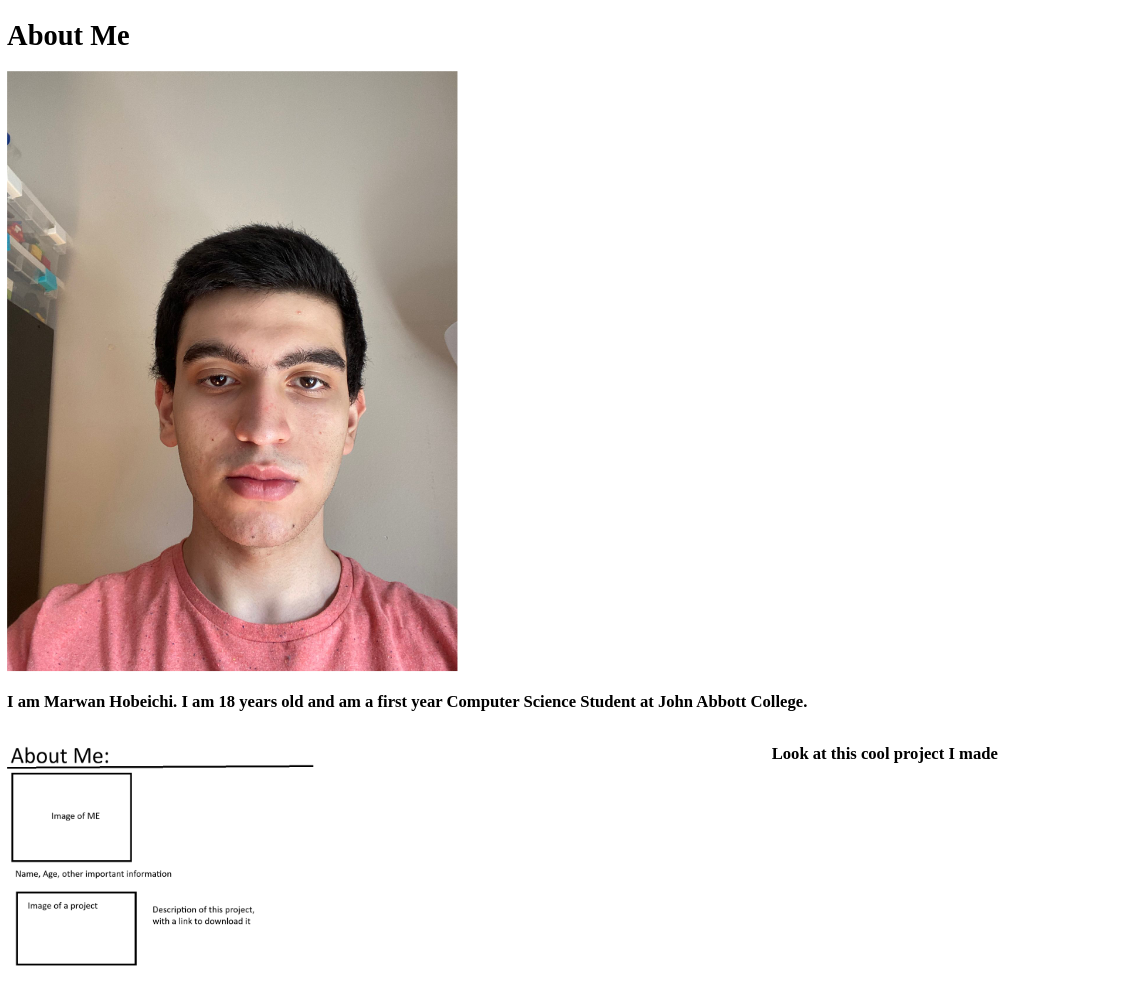
Repository: captainm64/captainm64
Page: index.html
These files come from the project's save history. The page is drawn as it stood at one moment and after the next save; the edit follows.
The browser window is 1280 px wide. The pictures show the whole page, at 89% of full size.

Above is the page before, as saved 2026-04-22 11:03:26.

### index.html
<!DOCTYPE html>
<html>
    <head>
        <link rel = "stylesheet" href = "./styles/index.css" />
         <link rel = "stylesheet" href = "./styles/global.css" />
         <title>HomePage</title>
    </head>
<body>
<Header id = "Title">
<main>
<h1> About Me </h1>

<div class = "Me">
 <img src="../../assets/images/Marwan.jpg" alt = "Marwan Hobeichi looking at the camera"/>
</div>

<h3> I am Marwan Hobeichi. I am 18 years old and am a first year Computer Science Student at John Abbott College.</h3>

<div class = "projtxt">
 <div>
 <img src="../../assets/images/HomePage.png" alt = "Demonstration of an old project"/>
 </div>

 <h3> Look at this cool project I made</h3>
</div>
</main>

### styles/index.css
img{

   height: 55%;
   width: 40%;
}

.projtxt{

   display: flex;

   flex-direction: row;

}

.projtxt img {

   height: 100%

}

#Main{

font-size: 30px;
font-family: "timesnewromanbold";
color: rgb(0, 0, 0);


}

### styles/global.css

@font-face {

    font-family: "timesnewroman";
    src: url(/assests/fonts/timesnewroman.ttf);
}

After the next save:
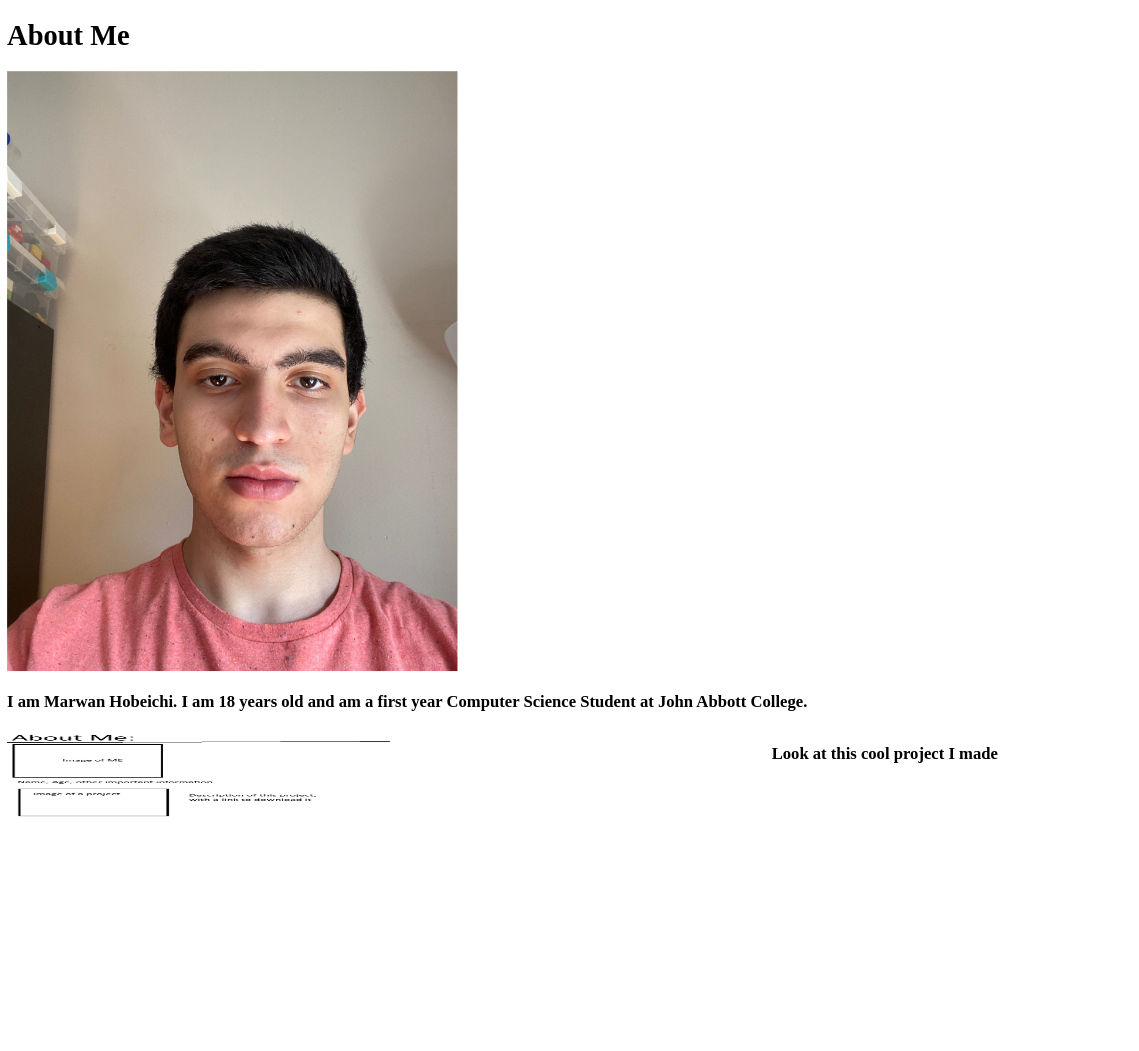
Saved 7 min 37 s later.
--- a/styles/index.css
+++ b/styles/index.css
@@ -26,3 +26,40 @@ color: rgb(0, 0, 0);
 
 
 }
+
+
+/*phone*/
+@media (min-width: 768px) {
+
+    img{
+
+   height: 55%;
+   width: 20%;
+   }
+
+   .projtxt img {
+
+   width: 50%
+
+  }
+
+}
+
+/* IPad */
+@media(min-width: 1025px)
+{
+     img{
+
+   height: 55%;
+   width: 40%;
+   }
+
+   .projtxt img {
+
+   height: 30%
+
+  }
+
+
+
+}
